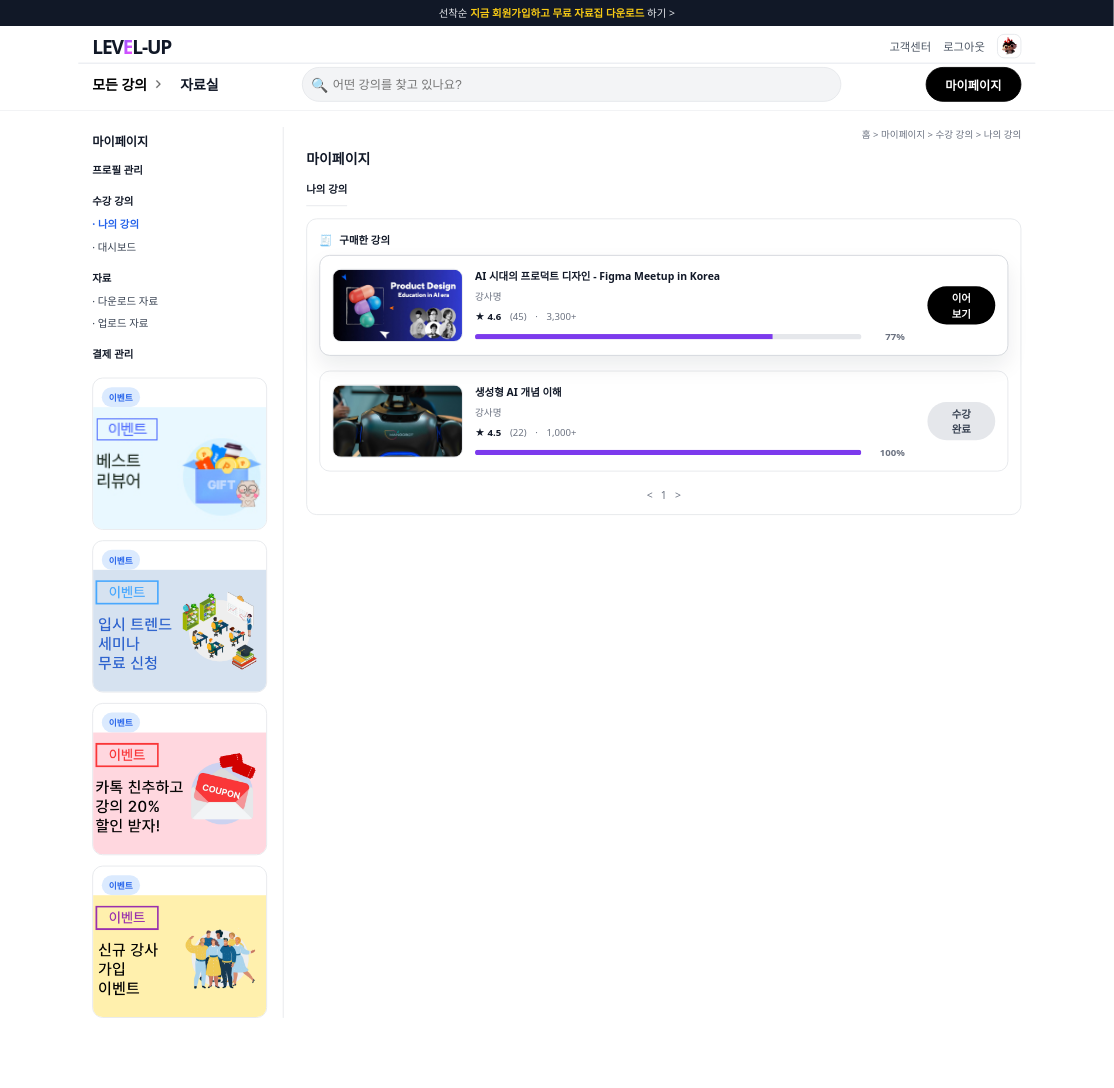
Repository: Iimchaehoon/level_up
Page: mypage.html
An editor plug-in stored every save of this project. The page is shown before and after the next save, followed by the edit.
The browser window is 1280 px wide. The pictures show the whole page, at 87% of full size.
The pointer rests on the first visible `.course-card`.

Above is the page before, as saved 2025-12-13 22:41:31.

### mypage.html
<!doctype html>
<html lang="ko">
<head>
  <meta charset="UTF-8" />
  <meta name="viewport" content="width=device-width,initial-scale=1" />
  <title>마이페이지 | LEVEL-UP</title>

  <link rel="stylesheet" href="styles.css" />

  <style>
    :root{
      --gray-50:#f9fafb; --gray-100:#f3f4f6; --gray-200:#e5e7eb; --gray-300:#d1d5db;
      --gray-400:#9ca3af; --gray-500:#6b7280; --gray-600:#4b5563; --gray-700:#374151;
      --black:#111827; --primary:#2563eb;
    }
    *{ box-sizing:border-box; }
    body{ margin:0; font-family:"Noto Sans KR",system-ui,-apple-system,BlinkMacSystemFont,"Segoe UI",sans-serif; background:#fff; color:var(--black); }
    a{ color:inherit; text-decoration:none; }
    img{ max-width:100%; display:block; }
    button{ font-family:inherit; }

    /* ✅ 커서 */
    .brand,.nav-util,.menu-title,.profile-avatar,.mypage-btn{ cursor:pointer; }

    /* ───────── 상단 공지 ───────── */
    .topbar{ background:#111827; color:#e5e7eb; font-size:12px; text-align:center; padding:6px 16px; }
    .topbar strong{ color:#facc15; font-weight:600; }

    /* ───────── 헤더(네가 준 구조 그대로) ───────── */
    .header{ background:#fff; border-bottom:1px solid var(--gray-200); position:sticky; top:0; z-index:20; }
    .header-top{
      display:flex; align-items:center; justify-content:space-between;
      max-width:1100px; margin:0 auto; padding:8px 16px 4px;
    }
    .brand{ font-size:22px; font-weight:800; letter-spacing:-0.06em; }
    .brand__e{
      display:inline-block;
      background:linear-gradient(120deg,#7b5cff,#ff4bff);
      -webkit-background-clip:text; color:transparent;
    }
    .header-top__right{ display:flex; align-items:center; gap:14px; font-size:13px; }
    .nav-util{ color:var(--gray-600); }
    .profile-avatar{
      width:28px; height:28px; border-radius:8px; object-fit:cover; border:1px solid var(--gray-200);
    }

    .header-bottom{
      display:grid;
      grid-template-columns:auto minmax(260px,1fr) auto;
      align-items:center; gap:16px;
      max-width:1100px; margin:0 auto;
      padding:4px 16px 10px;
      border-top:1px solid rgba(148,163,184,.35);
    }
    .header-bottom__left{ display:flex; align-items:center; gap:16px; }
    .menu-title{
      background:none; border:none; padding:6px 0; font:inherit;
      font-weight:600; display:inline-flex; align-items:center; gap:4px;
    }
    .menu-title:hover{ color:var(--primary); }

    .header-bottom__center{ display:flex; justify-content:center; }
    .header-bottom__right{ display:flex; justify-content:flex-end; }

    .nav__search{ position:relative; max-width:620px; width:100%; }
    .nav__search input{
      width:100%;
      padding:11px 14px 11px 34px;
      border-radius:999px;
      border:1px solid var(--gray-200);
      background:var(--gray-100);
      font-size:14px;
    }
    .icon-search{
      position:absolute; left:10px; top:50%; transform:translateY(-50%);
      font-size:16px; color:var(--gray-600);
      cursor:default;
    }

    .menu-toggle-icon{
      width:18px; height:18px;
      background-image:url("./assets/Button_1.png");
      background-size:contain; background-repeat:no-repeat; background-position:center;
      transform:rotate(0deg);
      transform-origin:center;
      transition:transform .15s ease;
    }
    .menu-toggle-icon.open{ transform:rotate(90deg); }

    .btn{
      border-radius:12px;
      border:1px solid transparent;
      padding:10px 16px;
      font-weight:600;
      cursor:pointer;
      background:#fff;
      color:var(--black);
      transition:all .2s ease;
    }
    .btn.mypage-btn{
      border-radius:999px;
      background:#000;
      color:#fff;
      padding:9px 22px;
      font-size:14px;
      border:1px solid #000;
    }

    /* 드롭다운 */
    .nav-dropdown{
      display:none;
      position:absolute;
      top:0; left:0;
      background:#fff;
      border-radius:18px;
      box-shadow:0 20px 40px rgba(15,23,42,.18);
      padding:10px 0;
      min-width:260px;
      z-index:30;
    }
    .nav-dropdown__list{ list-style:none; margin:0; padding:0; }
    .nav-dropdown__item{
      display:flex; align-items:center; gap:10px;
      padding:8px 16px; font-size:14px; white-space:nowrap;
      cursor:pointer;
    }
    .nav-dropdown__item + .nav-dropdown__item{ border-top:1px solid var(--gray-200); }
    .nav-dropdown__item:hover{ background:var(--gray-50); }
    .nav-dropdown__icon{ width:22px; height:22px; object-fit:contain; }

    /* ───────── 마이페이지 레이아웃 ───────── */
    .mypage-wrap{
      max-width:1100px;
      margin:0 auto;
      padding:18px 16px 80px;
      display:grid;
      grid-template-columns:220px 1fr;
      gap:26px;
    }
    .side{ border-right:1px solid var(--gray-200); padding-right:18px; }
    .side__title{ font-size:14px; font-weight:900; margin:6px 0 14px; }
    .side__group{ margin-bottom:18px; }
    .side__group h4{ margin:0 0 8px; font-size:12px; font-weight:900; color:var(--black); }
    .side__links{ display:flex; flex-direction:column; gap:8px; font-size:12px; }
    .side__links a{ color:var(--gray-700); }
    .side__links a.active{ color:var(--primary); font-weight:900; }

    /* ✅ 광고(lecture/img5~img8) — 꽉 차게 */
    .side__cards{ margin-top:14px; display:flex; flex-direction:column; gap:12px; }
    .evt{ border:1px solid var(--gray-200); border-radius:12px; overflow:hidden; background:#fff; }
    .evt__badge{
      display:inline-block;
      font-size:10px; font-weight:900;
      padding:4px 8px;
      background:#dbeafe; color:var(--primary);
      border-radius:999px;
      margin:10px 10px 0;
    }
    .evt img{
      width:100%;
      height:140px;         /* ✅ 캡처처럼 카드 높이 고정 */
      object-fit:cover;     /* ✅ 꽉 차게 */
      display:block;
    }

    .main__crumb{ font-size:11px; color:var(--gray-500); text-align:right; margin:0 0 8px; }
    .main__title{ font-size:16px; font-weight:900; margin:6px 0 14px; }
    .tab-title{
      font-size:12px; font-weight:900;
      margin:0 0 14px; padding-bottom:10px;
      border-bottom:1px solid var(--gray-200);
      width:fit-content;
    }
    .block{ border:1px solid var(--gray-200); border-radius:12px; padding:14px; background:#fff; }
    .block__head{ display:flex; align-items:center; gap:8px; font-size:12px; font-weight:900; margin-bottom:12px; }

    .course-list{ display:flex; flex-direction:column; gap:14px; }
    .course-card{
      border:1px solid var(--gray-200);
      border-radius:12px;
      padding:14px;
      display:grid;
      grid-template-columns:150px 1fr 90px;
      gap:14px;
      align-items:center;
      background:#fff;
    }
    .course-thumb{
      width:150px; height:84px;
      border-radius:10px; overflow:hidden;
      border:1px solid var(--gray-200);
      background:var(--gray-100);
    }
    .course-thumb img{ width:100%; height:100%; object-fit:cover; }
    .course-info .course-name{ font-size:12px; font-weight:900; margin:0 0 6px; }
    .course-info .teacher{ font-size:11px; color:var(--gray-500); margin:0 0 8px; }
    .meta-row{ display:flex; align-items:center; gap:10px; font-size:11px; color:var(--gray-500); margin-bottom:8px; }
    .stars{ color:var(--black); font-weight:900; }
    .progress-row{ display:flex; align-items:center; gap:10px; }
    .progress{ flex:1; height:6px; background:var(--gray-200); border-radius:999px; overflow:hidden; }
    .progress > span{ display:block; height:100%; background:#7c3aed; }
    .pct{ font-size:11px; color:var(--gray-500); width:40px; text-align:right; font-weight:900; }
    .course-action{ display:flex; justify-content:flex-end; }
    .btn-action{
      width:78px; height:44px;
      border-radius:999px; border:none;
      cursor:pointer; font-size:12px; font-weight:900;
    }
    .btn-action.black{ background:#000; color:#fff; }
    .btn-action.gray{ background:var(--gray-200); color:var(--gray-700); }
    .pager{ margin-top:18px; text-align:center; font-size:12px; color:var(--gray-500); user-select:none; }

    @media (max-width: 980px){
      .mypage-wrap{ grid-template-columns:1fr; }
      .side{ border-right:none; padding-right:0; }
      .course-card{ grid-template-columns:120px 1fr; grid-template-rows:auto auto; }
      .course-action{ grid-column:1 / -1; justify-content:flex-end; }
      .course-thumb{ width:120px; height:72px; }
    }
    /* ✅ 구매한 강의 카드: hover/active 효과 + 클릭 커서 */
.course-card{
  cursor: pointer;
  transition: transform .18s ease, box-shadow .18s ease, border-color .18s ease;
}
.course-card:hover{
  transform: translateY(-3px);
  box-shadow: 0 12px 24px rgba(15,23,42,.08);
  border-color: var(--gray-300);
}
.course-card:active{
  transform: translateY(-1px);
}

/* 카드 안 버튼은 카드 클릭과 분리 */
.course-card .btn-action{ cursor: pointer; }
/* ✅ 구매한 강의 카드: hover + active 효과 */
.course-card{
  cursor: pointer;
  transition: transform .18s ease, box-shadow .18s ease, border-color .18s ease, background-color .18s ease;
}

.course-card:hover{
  transform: translateY(-3px);
  box-shadow: 0 12px 24px rgba(15,23,42,.08);
  border-color: var(--gray-300);
}

/* ✅ 클릭 중(active) 상태 */
.course-card:active{
  transform: translateY(0);
  box-shadow: 0 6px 12px rgba(15,23,42,.12) inset;
  background-color: var(--gray-50);
  border-color: var(--primary);
}

  </style>
</head>

<body>
  <div class="topbar">
    선착순 <strong>지금 회원가입하고 무료 자료집 다운로드</strong> 하기 &gt;
  </div>

  <!-- ✅ 헤더: 네가 준 구조 그대로 -->
  <header class="header">
    <div class="header-top">
      <div class="header-top__left">
        <a href="index.html" class="brand">LEV<span class="brand__e">E</span>L-UP</a>
      </div>
      <div class="header-top__right header-top__right--authed">
        <span class="nav-util">고객센터</span>
        <span class="nav-util">로그아웃</span>
        <img class="profile-avatar" src="./assets/ddd_thumbnail.png" alt="프로필" />
      </div>
    </div>

    <div class="header-bottom">
      <div class="header-bottom__left">
        <button class="menu-title has-dropdown" id="allLecturesBtn" type="button">
          <span>모든 강의</span>
          <span class="menu-toggle-icon" id="menuToggleIcon" aria-hidden="true"></span>
        </button>
        <a class="menu-title" href="#">자료실</a>
      </div>

      <div class="header-bottom__center">
        <div class="nav__search">
          <span class="icon-search">🔍</span>
          <input type="text" placeholder="어떤 강의를 찾고 있나요?" />
        </div>
      </div>

      <div class="header-bottom__right">
        <button class="btn mypage-btn" type="button" data-nav="mypage">마이페이지</button>
      </div>
    </div>

    <div class="nav-dropdown" id="navDropdown">
      <ul class="nav-dropdown__list">
        <li class="nav-dropdown__item js-go-ai-basic">
          <img src="./assets/9342101 1.png" alt="" class="nav-dropdown__icon" />
          <span>AI 기초 이해 · 리터러시</span>
        </li>
        <li class="nav-dropdown__item">
          <img src="./assets/9a04e59f-39b9-42de-9d05-d933becf10b4 1.png" alt="" class="nav-dropdown__icon" />
          <span>업무 효율 향상</span>
        </li>
        <li class="nav-dropdown__item">
          <img src="./assets/son-eul-jabgo-huinsaeg-baegyeong-3d-geulim-e-keullibbodeue-chekeuliseuteu-sincheongseo-munseo-jagseong (1) 1.png" alt="" class="nav-dropdown__icon" />
          <span>교육 자료 제작</span>
        </li>
        <li class="nav-dropdown__item">
          <img src="./assets/9731562 1.png" alt="" class="nav-dropdown__icon" />
          <span>원생 관리</span>
        </li>
        <li class="nav-dropdown__item">
          <img src="./assets/10316159 1.png" alt="" class="nav-dropdown__icon" />
          <span>상담 업무</span>
        </li>
        <li class="nav-dropdown__item">
          <img src="./assets/63624731-5ef5-4ba4-8c7f-82a551538336 1.png" alt="" class="nav-dropdown__icon" />
          <span>강의 기획 · 교육 설계</span>
        </li>
        <li class="nav-dropdown__item">
          <img src="./assets/9d016f34-375d-4ba7-8c87-c7b0c5c7740b 1.png" alt="" class="nav-dropdown__icon" />
          <span>강의 홍보 · 피드백</span>
        </li>
        <li class="nav-dropdown__item">
          <img src="./assets/04f8dee7-4018-491e-96a9-dbf9a50d942b 1.png" alt="" class="nav-dropdown__icon" />
          <span>자료 · 로고 디자인</span>
        </li>
        <li class="nav-dropdown__item">
          <img src="./assets/11591525 1.png" alt="" class="nav-dropdown__icon" />
          <span>창업 · 수익화</span>
        </li>
      </ul>
    </div>
  </header>

  <main class="mypage-wrap">
    <aside class="side">
      <div class="side__title">마이페이지</div>

      <div class="side__group"><h4>프로필 관리</h4></div>

      <div class="side__group">
        <h4>수강 강의</h4>
        <div class="side__links">
          <a href="#" class="active">· 나의 강의</a>
          <a href="#">· 대시보드</a>
        </div>
      </div>

      <div class="side__group">
        <h4>자료</h4>
        <div class="side__links">
          <a href="#">· 다운로드 자료</a>
          <a href="#">· 업로드 자료</a>
        </div>
      </div>

      <div class="side__group"><h4>결제 관리</h4></div>

      <!-- ✅ 광고: 네가 말한 lecture 폴더 기준(img5~img8) -->
      <div class="side__cards">
        <div class="evt"><span class="evt__badge">이벤트</span><img src="./lecture/img5.png" alt="이벤트 1" /></div>
        <div class="evt"><span class="evt__badge">이벤트</span><img src="./lecture/img6.png" alt="이벤트 2" /></div>
        <div class="evt"><span class="evt__badge">이벤트</span><img src="./lecture/img7.png" alt="이벤트 3" /></div>
        <div class="evt"><span class="evt__badge">이벤트</span><img src="./lecture/img8.png" alt="이벤트 4" /></div>
      </div>
    </aside>

    <section class="main">
      <div class="main__crumb">홈 &gt; 마이페이지 &gt; 수강 강의 &gt; 나의 강의</div>

      <div class="main__title">마이페이지</div>
      <div class="tab-title">나의 강의</div>

      <div class="block">
        <div class="block__head"><span aria-hidden="true">🧾</span> 구매한 강의</div>

        <div class="course-list">
          <div class="course-card">
            <div class="course-thumb"><img src="./my/334312.gif.mp4.png" alt="강의 썸네일" /></div>
            <div class="course-info">
              <p class="course-name">AI 시대의 프로덕트 디자인 - Figma Meetup in Korea</p>
              <p class="teacher">강사명</p>
              <div class="meta-row"><span class="stars">★ 4.6</span><span>(45)</span><span>·</span><span>3,300+</span></div>
              <div class="progress-row">
                <div class="progress"><span style="width:77%"></span></div>
                <div class="pct">77%</div>
              </div>
            </div>
            <div class="course-action"><button class="btn-action black" type="button">이어<br/>보기</button></div>
          </div>

          <div class="course-card">
            <div class="course-thumb"><img src="./my/생성형 AI 개념 이해.png" alt="강의 썸네일" /></div>
            <div class="course-info">
              <p class="course-name">생성형 AI 개념 이해</p>
              <p class="teacher">강사명</p>
              <div class="meta-row"><span class="stars">★ 4.5</span><span>(22)</span><span>·</span><span>1,000+</span></div>
              <div class="progress-row">
                <div class="progress"><span style="width:100%"></span></div>
                <div class="pct">100%</div>
              </div>
            </div>
            <div class="course-action"><button class="btn-action gray" type="button">수강<br/>완료</button></div>
          </div>
        </div>

        <div class="pager">&lt; &nbsp; 1 &nbsp; &gt;</div>
      </div>
    </section>
  </main>

  <script defer src="./js/nav.js"></script>
  <script>
    // ✅ 마이페이지 버튼 공통 이동
    document.addEventListener("click", (e) => {
      const btn = e.target.closest('[data-nav="mypage"]');
      if (!btn) return;
      window.location.href = "mypage.html";
    });

    // ✅ "모든 강의" 드롭다운
    const allLecturesBtn = document.getElementById("allLecturesBtn");
    const navDropdown = document.getElementById("navDropdown");
    const menuToggleIcon = document.getElementById("menuToggleIcon");
    let open = false;

    allLecturesBtn?.addEventListener("click", (e) => {
      e.stopPropagation();
      open = !open;
      navDropdown.style.display = open ? "block" : "none";
      menuToggleIcon.classList.toggle("open", open);

      // 헤더 아래줄 기준으로 드롭다운 위치 맞춤
      const rect = allLecturesBtn.getBoundingClientRect();
      navDropdown.style.top = (rect.bottom + window.scrollY + 6) + "px";
      navDropdown.style.left = (rect.left + window.scrollX) + "px";
    });

    document.addEventListener("click", (e) => {
      if (!open) return;
      if (!navDropdown.contains(e.target) && !allLecturesBtn.contains(e.target)) {
        open = false;
        navDropdown.style.display = "none";
        menuToggleIcon.classList.remove("open");
      }
    });
    document.querySelector(".js-go-ai-basic")?.addEventListener("click", () => {
  window.location.href = "lecture_ai_basic.html";
});
// ✅ 구매한 강의 카드 클릭 → 나의강의 페이지로 이동
// (원하는 파일명으로 바꿔: my_lecture.html / mycourse.html 등)
const MY_LECTURE_URL = "my-lecture.html";

document.querySelectorAll(".course-card").forEach((card) => {
  card.addEventListener("click", () => {
    window.location.href = MY_LECTURE_URL;
  });
});

// ✅ 카드 안 버튼(이어보기/수강완료) 눌렀을 때도 동일 이동(원하면 제거 가능)
document.querySelectorAll(".course-card .btn-action").forEach((btn) => {
  btn.addEventListener("click", (e) => {
    e.stopPropagation();
    window.location.href = MY_LECTURE_URL;
  });
});

  </script>
</body>
</html>

Loaded but not shown: js/nav.js (8 lines, source omitted); styles.css (3127 lines, source omitted)

After the next save:
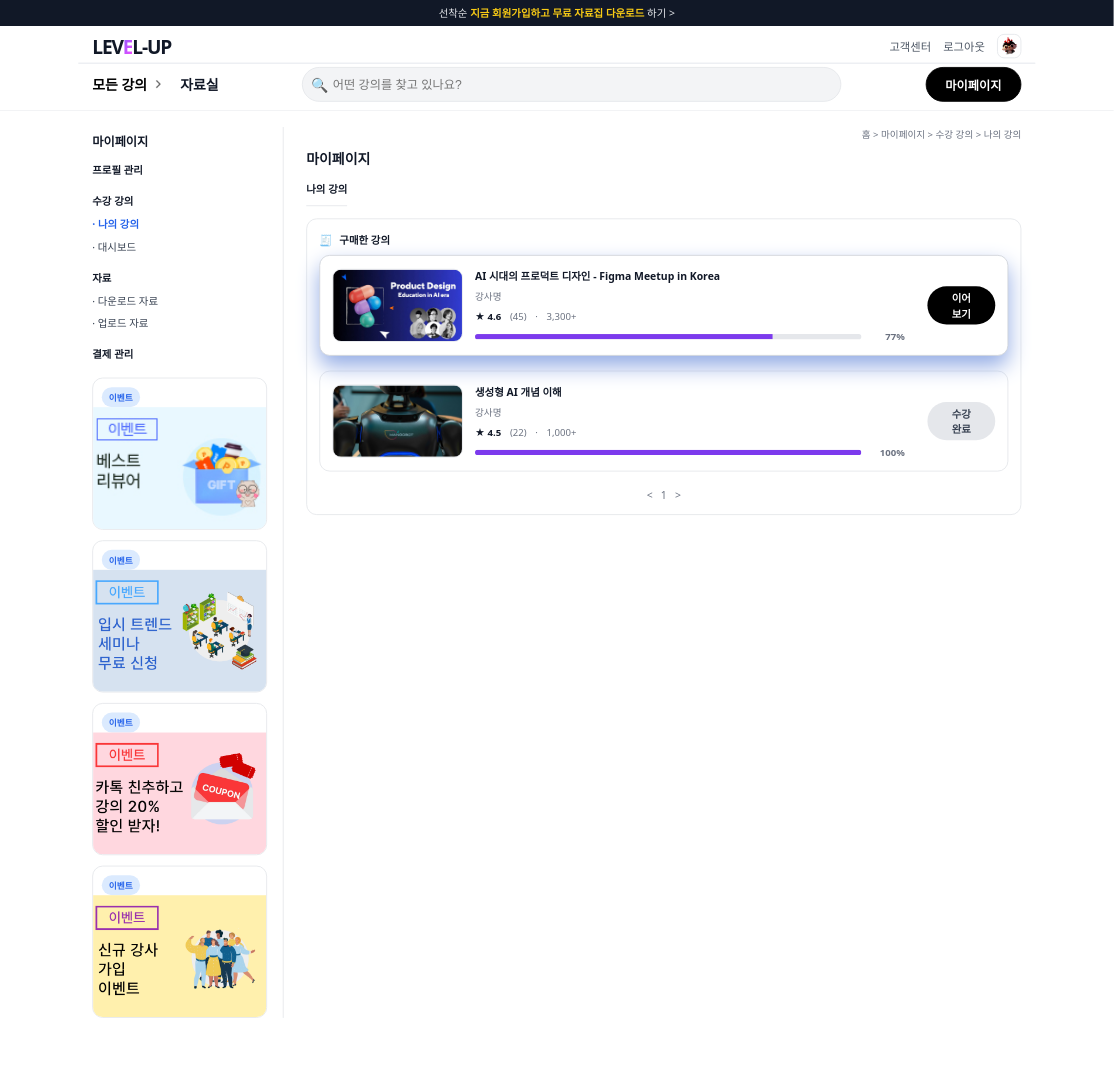
Saved 22 s later.
--- a/mypage.html
+++ b/mypage.html
@@ -241,7 +241,7 @@
 
 .course-card:hover{
   transform: translateY(-3px);
-  box-shadow: 0 12px 24px rgba(15,23,42,.08);
+  box-shadow: 0 12px 24px rgb(147, 172, 229);
   border-color: var(--gray-300);
 }
 
